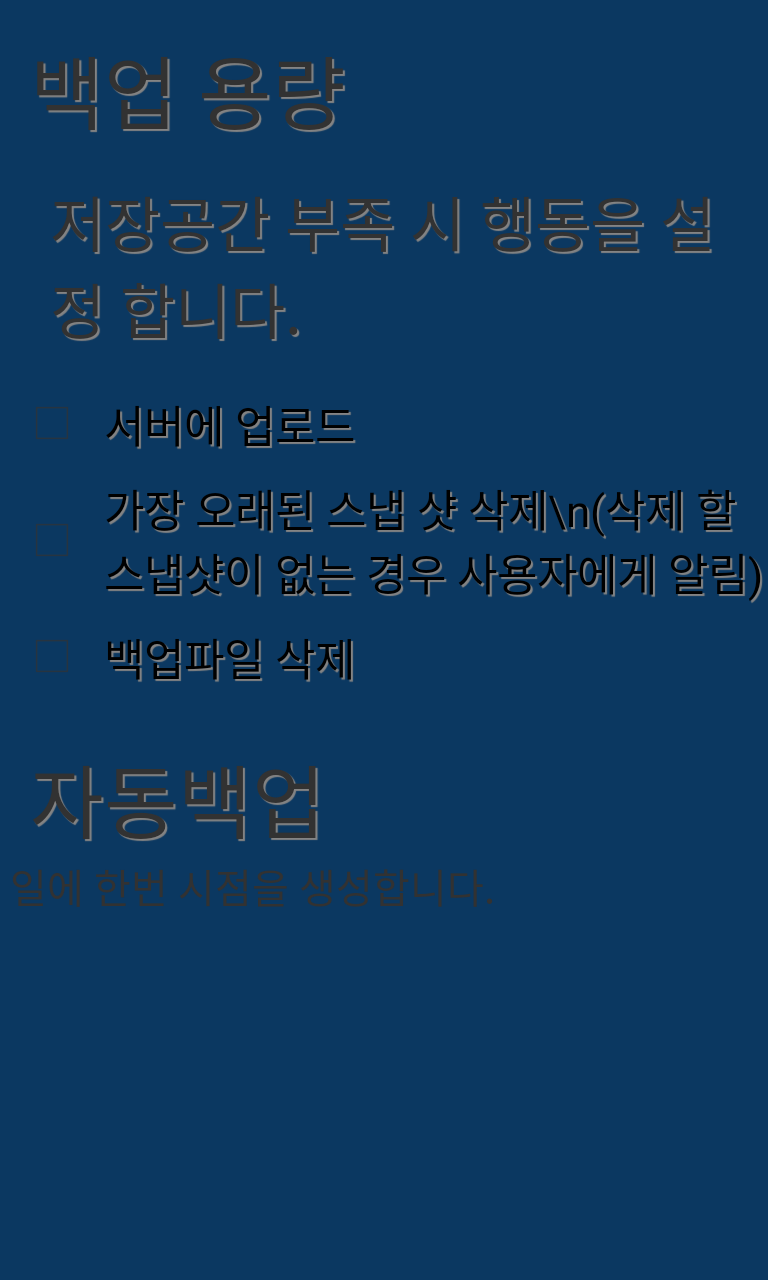
Repository: zzttt/LVM_BackupSol
Layout: TimeTraveler/res/layout/inflate_three.xml
These files come from the project's save history. The layout is drawn as it stood at one moment and after the next save; the edit follows.
It is drawn on a 768 x 1280 px phone screen (xhdpi) without system bars, with theme AppTheme; the app's code is not run.

Above is the layout before, as saved 2014-07-02 15:19:10.

### TimeTraveler/res/layout/inflate_three.xml
<?xml version="1.0" encoding="utf-8"?>
<RelativeLayout xmlns:android="http://schemas.android.com/apk/res/android"
    android:layout_width="fill_parent"
    android:layout_height="fill_parent"
    android:orientation="vertical" >

    <ScrollView
        android:id="@+id/elv_list3"
        android:layout_width="fill_parent"
        android:layout_height="fill_parent"
        android:background="#F4FA58"
        android:fillViewport="true" >

        <LinearLayout
            android:id="@+id/ll_three"
            android:layout_width="fill_parent"
            android:layout_height="fill_parent"
            android:background="#0B3861"
            android:orientation="vertical" >

            <TextView
                android:layout_width="match_parent"
                android:layout_height="wrap_content"
                android:layout_marginLeft="15dp"
                android:layout_marginTop="15dp"
                android:shadowColor="#848484"
                android:shadowDx="2"
                android:shadowDy="2"
                android:shadowRadius="0.01"
                android:text="백업 용량"
                android:textSize="40sp" />

            <TextView
                android:layout_width="match_parent"
                android:layout_height="wrap_content"
                android:layout_marginBottom="20dp"
                android:layout_marginLeft="25dp"
                android:layout_marginTop="15dp"
                android:shadowColor="#848484"
                android:shadowDx="2"
                android:shadowDy="2"
                android:shadowRadius="0.01"
                android:text="저장공간 부족 시 행동을 설정 합니다."
                android:textSize="30sp" />

            <CheckBox
                android:id="@+id/checkbox_upToSrv"
                android:layout_width="match_parent"
                android:layout_height="wrap_content"
                android:layout_marginBottom="10dp"
                android:layout_marginLeft="10dp"
                android:paddingLeft="10dp"
                android:shadowColor="#848484"
                android:shadowDx="2"
                android:shadowDy="2"
                android:shadowRadius="0.01"
                android:text="서버에 업로드"
                android:textSize="22sp" />

            <CheckBox
                android:id="@+id/checkbox_delSnapshot"
                android:layout_width="match_parent"
                android:layout_height="wrap_content"
                android:layout_marginBottom="10dp"
                android:layout_marginLeft="10dp"
                android:paddingLeft="10dp"
                android:shadowColor="#848484"
                android:shadowDx="2"
                android:shadowDy="2"
                android:shadowRadius="0.01"
                android:text="가장 오래된 스냅 샷 삭제\n(삭제 할 스냅샷이 없는 경우 사용자에게 알림)"
                android:textSize="22sp" />

            <CheckBox
                android:id="@+id/checkbox_delBackup"
                android:layout_width="match_parent"
                android:layout_height="wrap_content"
                android:layout_marginBottom="10dp"
                android:layout_marginLeft="10dp"
                android:paddingLeft="10dp"
                android:shadowColor="#848484"
                android:shadowDx="2"
                android:shadowDy="2"
                android:shadowRadius="0.01"
                android:text="백업파일 삭제"
                android:textSize="22sp" />

            <TextView
                android:layout_width="match_parent"
                android:layout_height="wrap_content"
                android:layout_marginLeft="15dp"
                android:layout_marginTop="15dp"
                android:shadowColor="#848484"
                android:shadowDx="2"
                android:shadowDy="2"
                android:shadowRadius="0.01"
                android:text="자동백업"
                android:textSize="40sp" />

            <RelativeLayout
                android:layout_width="fill_parent"
                android:layout_height="wrap_content"
                android:gravity="center"
                >

                <Spinner
                    android:id="@+id/dateSpinner"
                    android:layout_width="wrap_content"
                    android:layout_height="50dip"
                    android:layout_marginLeft="15dp"
                    android:layout_marginTop="20dp"
                    android:drawSelectorOnTop="true"
                    android:background="#0B173B"
                     />
                <TextView
                    android:layout_width="match_parent"
                    android:layout_height="50dip"
                    android:text=" 일에 한번 시점을 생성합니다."
                    android:textSize="20sp" />
            </RelativeLayout>
        </LinearLayout>
    </ScrollView>

</RelativeLayout>

Loaded but not shown: TimeTraveler/res/values/styles.xml (common file); TimeTraveler/res/values-v11/styles.xml (common file); TimeTraveler/res/values-v14/styles.xml (common file)

After the next save:
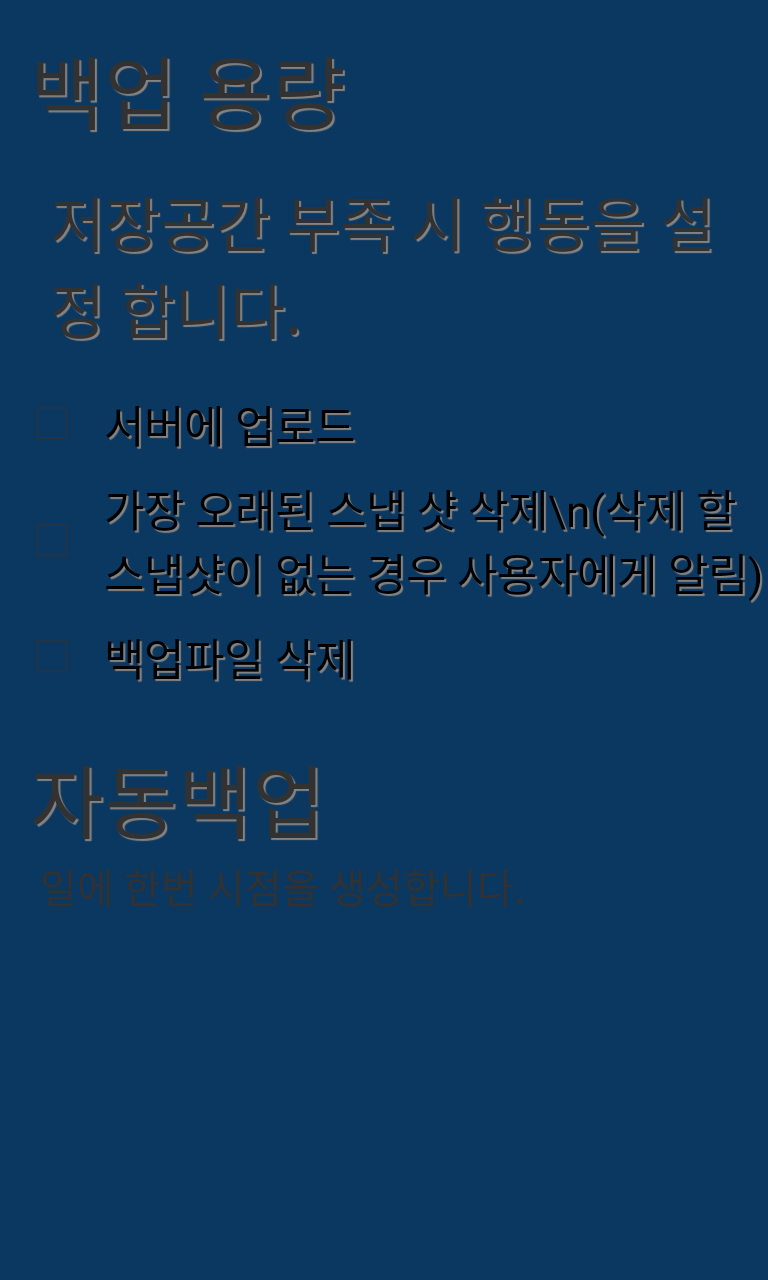
Saved 19 s later.
--- a/TimeTraveler/res/layout/inflate_three.xml
+++ b/TimeTraveler/res/layout/inflate_three.xml
@@ -116,6 +116,7 @@
                     android:layout_width="match_parent"
                     android:layout_height="50dip"
                     android:text=" 일에 한번 시점을 생성합니다."
+                    android:layout_toRightOf="@id/dateSpinner"
                     android:textSize="20sp" />
             </RelativeLayout>
         </LinearLayout>
